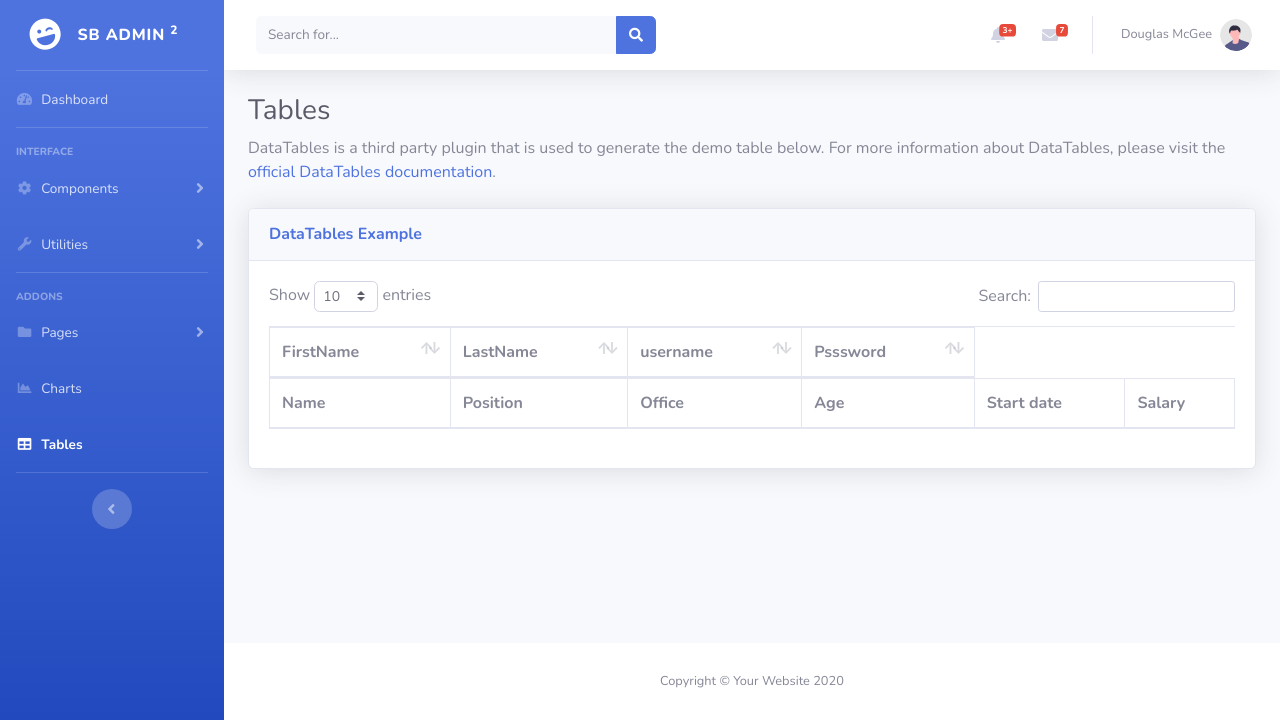
Repository: aayush105/Advance-Java
Page: webtestdem/src/main/webapp/tables.html
An editor plug-in stored every save of this project. The page is shown before and after the next save, followed by the edit.
The browser window is 1280 px wide. The pictures show the whole page.

Above is the page before, as saved 2023-10-10 20:53:29.
Console error: TypeError: Cannot set properties of undefined (setting 'nTf')

### webtestdem/src/main/webapp/tables.html
<!DOCTYPE html>
<html lang="en">

<head>

    <meta charset="utf-8">
    <meta http-equiv="X-UA-Compatible" content="IE=edge">
    <meta name="viewport" content="width=device-width, initial-scale=1, shrink-to-fit=no">
    <meta name="description" content="">
    <meta name="author" content="">

    <title>SB Admin 2 - Tables</title>

    <!-- Custom fonts for this template -->
    <link href="vendor/fontawesome-free/css/all.min.css" rel="stylesheet" type="text/css">
    <link
        href="https://fonts.googleapis.com/css?family=Nunito:200,200i,300,300i,400,400i,600,600i,700,700i,800,800i,900,900i"
        rel="stylesheet">

    <!-- Custom styles for this template -->
    <link href="css/sb-admin-2.min.css" rel="stylesheet">

    <!-- Custom styles for this page -->
    <link href="vendor/datatables/dataTables.bootstrap4.min.css" rel="stylesheet">

</head>

<body id="page-top">

    <!-- Page Wrapper -->
    <div id="wrapper">

        <!-- Sidebar -->
        <ul class="navbar-nav bg-gradient-primary sidebar sidebar-dark accordion" id="accordionSidebar">

            <!-- Sidebar - Brand -->
            <a class="sidebar-brand d-flex align-items-center justify-content-center" href="index.html">
                <div class="sidebar-brand-icon rotate-n-15">
                    <i class="fas fa-laugh-wink"></i>
                </div>
                <div class="sidebar-brand-text mx-3">SB Admin <sup>2</sup></div>
            </a>

            <!-- Divider -->
            <hr class="sidebar-divider my-0">

            <!-- Nav Item - Dashboard -->
            <li class="nav-item">
                <a class="nav-link" href="index.html">
                    <i class="fas fa-fw fa-tachometer-alt"></i>
                    <span>Dashboard</span></a>
            </li>

            <!-- Divider -->
            <hr class="sidebar-divider">

            <!-- Heading -->
            <div class="sidebar-heading">
                Interface
            </div>

            <!-- Nav Item - Pages Collapse Menu -->
            <li class="nav-item">
                <a class="nav-link collapsed" href="#" data-toggle="collapse" data-target="#collapseTwo"
                    aria-expanded="true" aria-controls="collapseTwo">
                    <i class="fas fa-fw fa-cog"></i>
                    <span>Components</span>
                </a>
                <div id="collapseTwo" class="collapse" aria-labelledby="headingTwo" data-parent="#accordionSidebar">
                    <div class="bg-white py-2 collapse-inner rounded">
                        <h6 class="collapse-header">Custom Components:</h6>
                        <a class="collapse-item" href="buttons.html">Buttons</a>
                        <a class="collapse-item" href="cards.html">Cards</a>
                    </div>
                </div>
            </li>

            <!-- Nav Item - Utilities Collapse Menu -->
            <li class="nav-item">
                <a class="nav-link collapsed" href="#" data-toggle="collapse" data-target="#collapseUtilities"
                    aria-expanded="true" aria-controls="collapseUtilities">
                    <i class="fas fa-fw fa-wrench"></i>
                    <span>Utilities</span>
                </a>
                <div id="collapseUtilities" class="collapse" aria-labelledby="headingUtilities"
                    data-parent="#accordionSidebar">
                    <div class="bg-white py-2 collapse-inner rounded">
                        <h6 class="collapse-header">Custom Utilities:</h6>
                        <a class="collapse-item" href="utilities-color.html">Colors</a>
                        <a class="collapse-item" href="utilities-border.html">Borders</a>
                        <a class="collapse-item" href="utilities-animation.html">Animations</a>
                        <a class="collapse-item" href="utilities-other.html">Other</a>
                    </div>
                </div>
            </li>

            <!-- Divider -->
            <hr class="sidebar-divider">

            <!-- Heading -->
            <div class="sidebar-heading">
                Addons
            </div>

            <!-- Nav Item - Pages Collapse Menu -->
            <li class="nav-item">
                <a class="nav-link collapsed" href="#" data-toggle="collapse" data-target="#collapsePages"
                    aria-expanded="true" aria-controls="collapsePages">
                    <i class="fas fa-fw fa-folder"></i>
                    <span>Pages</span>
                </a>
                <div id="collapsePages" class="collapse" aria-labelledby="headingPages" data-parent="#accordionSidebar">
                    <div class="bg-white py-2 collapse-inner rounded">
                        <h6 class="collapse-header">Login Screens:</h6>
                        <a class="collapse-item" href="login.html">Login</a>
                        <a class="collapse-item" href="register.html">Register</a>
                        <a class="collapse-item" href="forgot-password.html">Forgot Password</a>
                        <div class="collapse-divider"></div>
                        <h6 class="collapse-header">Other Pages:</h6>
                        <a class="collapse-item" href="404.html">404 Page</a>
                        <a class="collapse-item" href="blank.html">Blank Page</a>
                    </div>
                </div>
            </li>

            <!-- Nav Item - Charts -->
            <li class="nav-item">
                <a class="nav-link" href="charts.html">
                    <i class="fas fa-fw fa-chart-area"></i>
                    <span>Charts</span></a>
            </li>

            <!-- Nav Item - Tables -->
            <li class="nav-item active">
                <a class="nav-link" href="tables.html">
                    <i class="fas fa-fw fa-table"></i>
                    <span>Tables</span></a>
            </li>

            <!-- Divider -->
            <hr class="sidebar-divider d-none d-md-block">

            <!-- Sidebar Toggler (Sidebar) -->
            <div class="text-center d-none d-md-inline">
                <button class="rounded-circle border-0" id="sidebarToggle"></button>
            </div>

        </ul>
        <!-- End of Sidebar -->

        <!-- Content Wrapper -->
        <div id="content-wrapper" class="d-flex flex-column">

            <!-- Main Content -->
            <div id="content">

                <!-- Topbar -->
                <nav class="navbar navbar-expand navbar-light bg-white topbar mb-4 static-top shadow">

                    <!-- Sidebar Toggle (Topbar) -->
                    <form class="form-inline">
                        <button id="sidebarToggleTop" class="btn btn-link d-md-none rounded-circle mr-3">
                            <i class="fa fa-bars"></i>
                        </button>
                    </form>

                    <!-- Topbar Search -->
                    <form
                        class="d-none d-sm-inline-block form-inline mr-auto ml-md-3 my-2 my-md-0 mw-100 navbar-search">
                        <div class="input-group">
                            <input type="text" class="form-control bg-light border-0 small" placeholder="Search for..."
                                aria-label="Search" aria-describedby="basic-addon2">
                            <div class="input-group-append">
                                <button class="btn btn-primary" type="button">
                                    <i class="fas fa-search fa-sm"></i>
                                </button>
                            </div>
                        </div>
                    </form>

                    <!-- Topbar Navbar -->
                    <ul class="navbar-nav ml-auto">

                        <!-- Nav Item - Search Dropdown (Visible Only XS) -->
                        <li class="nav-item dropdown no-arrow d-sm-none">
                            <a class="nav-link dropdown-toggle" href="#" id="searchDropdown" role="button"
                                data-toggle="dropdown" aria-haspopup="true" aria-expanded="false">
                                <i class="fas fa-search fa-fw"></i>
                            </a>
                            <!-- Dropdown - Messages -->
                            <div class="dropdown-menu dropdown-menu-right p-3 shadow animated--grow-in"
                                aria-labelledby="searchDropdown">
                                <form class="form-inline mr-auto w-100 navbar-search">
                                    <div class="input-group">
                                        <input type="text" class="form-control bg-light border-0 small"
                                            placeholder="Search for..." aria-label="Search"
                                            aria-describedby="basic-addon2">
                                        <div class="input-group-append">
                                            <button class="btn btn-primary" type="button">
                                                <i class="fas fa-search fa-sm"></i>
                                            </button>
                                        </div>
                                    </div>
                                </form>
                            </div>
                        </li>

                        <!-- Nav Item - Alerts -->
                        <li class="nav-item dropdown no-arrow mx-1">
                            <a class="nav-link dropdown-toggle" href="#" id="alertsDropdown" role="button"
                                data-toggle="dropdown" aria-haspopup="true" aria-expanded="false">
                                <i class="fas fa-bell fa-fw"></i>
                                <!-- Counter - Alerts -->
                                <span class="badge badge-danger badge-counter">3+</span>
                            </a>
                            <!-- Dropdown - Alerts -->
                            <div class="dropdown-list dropdown-menu dropdown-menu-right shadow animated--grow-in"
                                aria-labelledby="alertsDropdown">
                                <h6 class="dropdown-header">
                                    Alerts Center
                                </h6>
                                <a class="dropdown-item d-flex align-items-center" href="#">
                                    <div class="mr-3">
                                        <div class="icon-circle bg-primary">
                                            <i class="fas fa-file-alt text-white"></i>
                                        </div>
                                    </div>
                                    <div>
                                        <div class="small text-gray-500">December 12, 2019</div>
                                        <span class="font-weight-bold">A new monthly report is ready to download!</span>
                                    </div>
                                </a>
                                <a class="dropdown-item d-flex align-items-center" href="#">
                                    <div class="mr-3">
                                        <div class="icon-circle bg-success">
                                            <i class="fas fa-donate text-white"></i>
                                        </div>
                                    </div>
                                    <div>
                                        <div class="small text-gray-500">December 7, 2019</div>
                                        $290.29 has been deposited into your account!
                                    </div>
                                </a>
                                <a class="dropdown-item d-flex align-items-center" href="#">
                                    <div class="mr-3">
                                        <div class="icon-circle bg-warning">
                                            <i class="fas fa-exclamation-triangle text-white"></i>
                                        </div>
                                    </div>
                                    <div>
                                        <div class="small text-gray-500">December 2, 2019</div>
                                        Spending Alert: We've noticed unusually high spending for your account.
                                    </div>
                                </a>
                                <a class="dropdown-item text-center small text-gray-500" href="#">Show All Alerts</a>
                            </div>
                        </li>

                        <!-- Nav Item - Messages -->
                        <li class="nav-item dropdown no-arrow mx-1">
                            <a class="nav-link dropdown-toggle" href="#" id="messagesDropdown" role="button"
                                data-toggle="dropdown" aria-haspopup="true" aria-expanded="false">
                                <i class="fas fa-envelope fa-fw"></i>
                                <!-- Counter - Messages -->
                                <span class="badge badge-danger badge-counter">7</span>
                            </a>
                            <!-- Dropdown - Messages -->
                            <div class="dropdown-list dropdown-menu dropdown-menu-right shadow animated--grow-in"
                                aria-labelledby="messagesDropdown">
                                <h6 class="dropdown-header">
                                    Message Center
                                </h6>
                                <a class="dropdown-item d-flex align-items-center" href="#">
                                    <div class="dropdown-list-image mr-3">
                                        <img class="rounded-circle" src="img/undraw_profile_1.svg"
                                            alt="...">
                                        <div class="status-indicator bg-success"></div>
                                    </div>
                                    <div class="font-weight-bold">
                                        <div class="text-truncate">Hi there! I am wondering if you can help me with a
                                            problem I've been having.</div>
                                        <div class="small text-gray-500">Emily Fowler · 58m</div>
                                    </div>
                                </a>
                                <a class="dropdown-item d-flex align-items-center" href="#">
                                    <div class="dropdown-list-image mr-3">
                                        <img class="rounded-circle" src="img/undraw_profile_2.svg"
                                            alt="...">
                                        <div class="status-indicator"></div>
                                    </div>
                                    <div>
                                        <div class="text-truncate">I have the photos that you ordered last month, how
                                            would you like them sent to you?</div>
                                        <div class="small text-gray-500">Jae Chun · 1d</div>
                                    </div>
                                </a>
                                <a class="dropdown-item d-flex align-items-center" href="#">
                                    <div class="dropdown-list-image mr-3">
                                        <img class="rounded-circle" src="img/undraw_profile_3.svg"
                                            alt="...">
                                        <div class="status-indicator bg-warning"></div>
                                    </div>
                                    <div>
                                        <div class="text-truncate">Last month's report looks great, I am very happy with
                                            the progress so far, keep up the good work!</div>
                                        <div class="small text-gray-500">Morgan Alvarez · 2d</div>
                                    </div>
                                </a>
                                <a class="dropdown-item d-flex align-items-center" href="#">
                                    <div class="dropdown-list-image mr-3">
                                        <img class="rounded-circle" src="https://source.unsplash.com/Mv9hjnEUHR4/60x60"
                                            alt="...">
                                        <div class="status-indicator bg-success"></div>
                                    </div>
                                    <div>
                                        <div class="text-truncate">Am I a good boy? The reason I ask is because someone
                                            told me that people say this to all dogs, even if they aren't good...</div>
                                        <div class="small text-gray-500">Chicken the Dog · 2w</div>
                                    </div>
                                </a>
                                <a class="dropdown-item text-center small text-gray-500" href="#">Read More Messages</a>
                            </div>
                        </li>

                        <div class="topbar-divider d-none d-sm-block"></div>

                        <!-- Nav Item - User Information -->
                        <li class="nav-item dropdown no-arrow">
                            <a class="nav-link dropdown-toggle" href="#" id="userDropdown" role="button"
                                data-toggle="dropdown" aria-haspopup="true" aria-expanded="false">
                                <span class="mr-2 d-none d-lg-inline text-gray-600 small">Douglas McGee</span>
                                <img class="img-profile rounded-circle"
                                    src="img/undraw_profile.svg">
                            </a>
                            <!-- Dropdown - User Information -->
                            <div class="dropdown-menu dropdown-menu-right shadow animated--grow-in"
                                aria-labelledby="userDropdown">
                                <a class="dropdown-item" href="#">
                                    <i class="fas fa-user fa-sm fa-fw mr-2 text-gray-400"></i>
                                    Profile
                                </a>
                                <a class="dropdown-item" href="#">
                                    <i class="fas fa-cogs fa-sm fa-fw mr-2 text-gray-400"></i>
                                    Settings
                                </a>
                                <a class="dropdown-item" href="#">
                                    <i class="fas fa-list fa-sm fa-fw mr-2 text-gray-400"></i>
                                    Activity Log
                                </a>
                                <div class="dropdown-divider"></div>
                                <a class="dropdown-item" href="#" data-toggle="modal" data-target="#logoutModal">
                                    <i class="fas fa-sign-out-alt fa-sm fa-fw mr-2 text-gray-400"></i>
                                    Logout
                                </a>
                            </div>
                        </li>

                    </ul>

                </nav>
                <!-- End of Topbar -->

                <!-- Begin Page Content -->
                <div class="container-fluid">

                    <!-- Page Heading -->
                    <h1 class="h3 mb-2 text-gray-800">Tables</h1>
                    <p class="mb-4">DataTables is a third party plugin that is used to generate the demo table below.
                        For more information about DataTables, please visit the <a target="_blank"
                            href="https://datatables.net">official DataTables documentation</a>.</p>

                    <!-- DataTales Example -->
                    <div class="card shadow mb-4">
                        <div class="card-header py-3">
                            <h6 class="m-0 font-weight-bold text-primary">DataTables Example</h6>
                        </div>
                        <div class="card-body">
                            <div class="table-responsive">
                                <table class="table table-bordered" id="dataTable" width="100%" cellspacing="0">
                                    <thead>
                                        <tr>
                                            <th>FirstName</th>
                                            <th>LastName</th>
                                            <th>username</th>
                                            <th>Psssword</th>

                                        </tr>
                                    </thead>
                                    <tfoot>
                                        <tr>
                                            <th>Name</th>
                                            <th>Position</th>
                                            <th>Office</th>
                                            <th>Age</th>
                                            <th>Start date</th>
                                            <th>Salary</th>
                                        </tr>
                                    </tfoot>
                                    <tbody>

                                    </tbody>
                                </table>
                            </div>
                        </div>
                    </div>

                </div>
                <!-- /.container-fluid -->

            </div>
            <!-- End of Main Content -->

            <!-- Footer -->
            <footer class="sticky-footer bg-white">
                <div class="container my-auto">
                    <div class="copyright text-center my-auto">
                        <span>Copyright &copy; Your Website 2020</span>
                    </div>
                </div>
            </footer>
            <!-- End of Footer -->

        </div>
        <!-- End of Content Wrapper -->

    </div>
    <!-- End of Page Wrapper -->

    <!-- Scroll to Top Button-->
    <a class="scroll-to-top rounded" href="#page-top">
        <i class="fas fa-angle-up"></i>
    </a>

    <!-- Logout Modal-->
    <div class="modal fade" id="logoutModal" tabindex="-1" role="dialog" aria-labelledby="exampleModalLabel"
        aria-hidden="true">
        <div class="modal-dialog" role="document">
            <div class="modal-content">
                <div class="modal-header">
                    <h5 class="modal-title" id="exampleModalLabel">Ready to Leave?</h5>
                    <button class="close" type="button" data-dismiss="modal" aria-label="Close">
                        <span aria-hidden="true">×</span>
                    </button>
                </div>
                <div class="modal-body">Select "Logout" below if you are ready to end your current session.</div>
                <div class="modal-footer">
                    <button class="btn btn-secondary" type="button" data-dismiss="modal">Cancel</button>
                    <a class="btn btn-primary" href="login.html">Logout</a>
                </div>
            </div>
        </div>
    </div>

    <!-- Bootstrap core JavaScript-->
    <script src="vendor/jquery/jquery.min.js"></script>
    <script src="vendor/bootstrap/js/bootstrap.bundle.min.js"></script>

    <!-- Core plugin JavaScript-->
    <script src="vendor/jquery-easing/jquery.easing.min.js"></script>

    <!-- Custom scripts for all pages-->
    <script src="js/sb-admin-2.min.js"></script>

    <!-- Page level plugins -->
    <script src="vendor/datatables/jquery.dataTables.min.js"></script>
    <script src="vendor/datatables/dataTables.bootstrap4.min.js"></script>

    <!-- Page level custom scripts -->
    <script src="js/demo/datatables-demo.js"></script>

</body>

</html>

Loaded but not shown: webtestdem/src/main/webapp/vendor/fontawesome-free/css/all.min.css (library); webtestdem/src/main/webapp/css/sb-admin-2.min.css (library); webtestdem/src/main/webapp/vendor/datatables/dataTables.bootstrap4.min.css (library); webtestdem/src/main/webapp/vendor/jquery/jquery.min.js (library); webtestdem/src/main/webapp/vendor/bootstrap/js/bootstrap.bundle.min.js (library); webtestdem/src/main/webapp/vendor/jquery-easing/jquery.easing.min.js (common file); webtestdem/src/main/webapp/js/sb-admin-2.min.js (common file); webtestdem/src/main/webapp/vendor/datatables/jquery.dataTables.min.js (library); webtestdem/src/main/webapp/vendor/datatables/dataTables.bootstrap4.min.js (common file); webtestdem/src/main/webapp/js/demo/datatables-demo.js (common file)

After the next save:
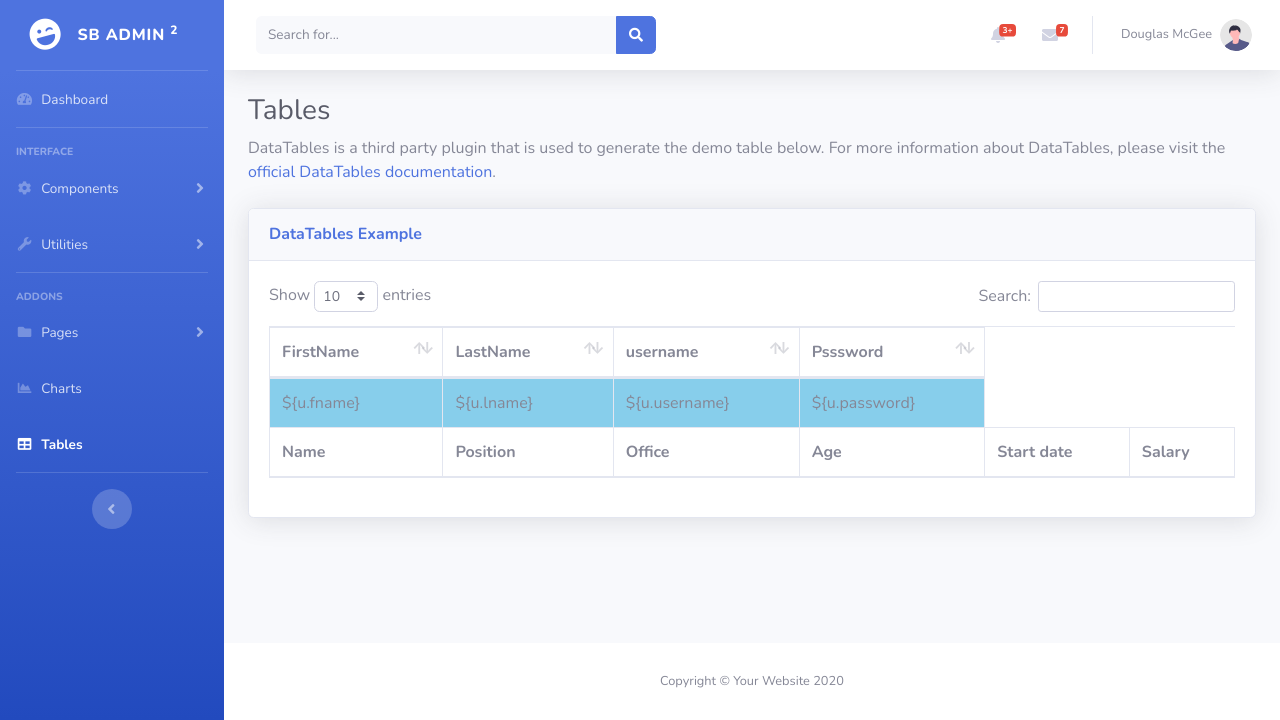
Saved 15 s later.
--- a/webtestdem/src/main/webapp/tables.html
+++ b/webtestdem/src/main/webapp/tables.html
@@ -397,7 +397,16 @@
                                         </tr>
                                     </tfoot>
                                     <tbody>
-
+										<c:forEach var="u" items="${ulist}">
+
+<tr bgcolor="skyblue">
+<td>${u.fname}</td>
+<td>${u.lname}</td>
+<td>${u.username}</td>
+<td>${u.password}</td>
+</tr>
+
+</c:forEach>
                                     </tbody>
                                 </table>
                             </div>
